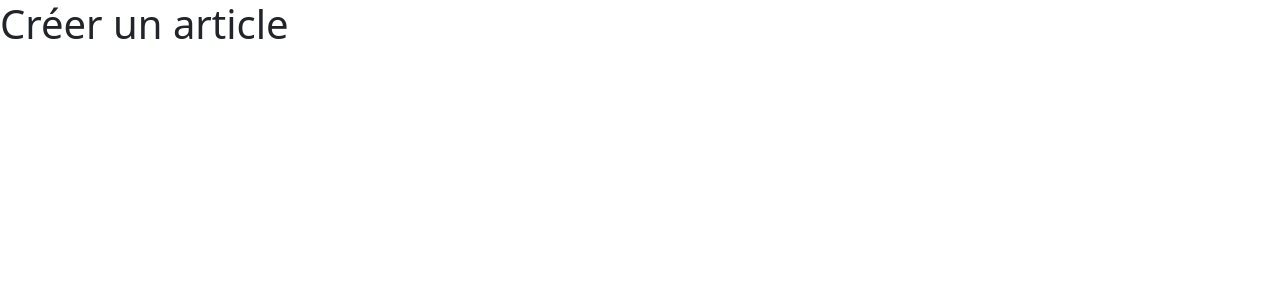
Repository: QuentinFayt/NewsWeb
Page: sources/adminNewsWeb/createArticle.html
These files come from the project's save history. The page is drawn as it stood at one moment and after the next save; the edit follows.
The browser window is 1280 px wide. The pictures show the whole page.

Above is the page before, as saved 2021-12-23 10:49:27.

After the next save:
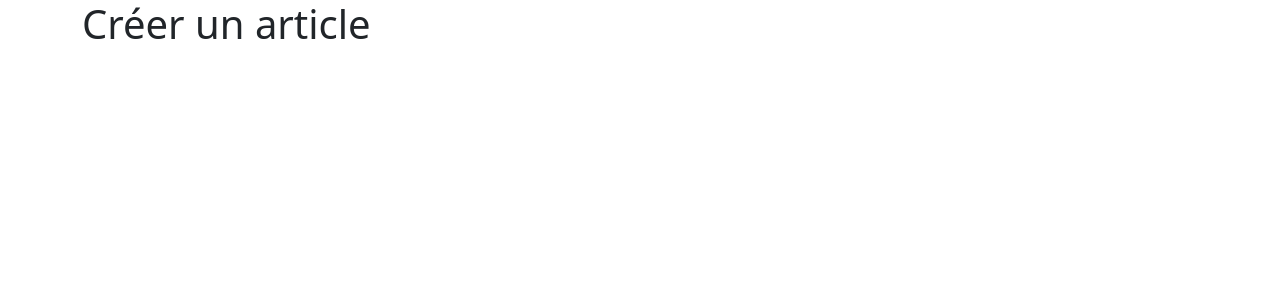
Saved 39 s later.
--- a/sources/adminNewsWeb/createArticle.html
+++ b/sources/adminNewsWeb/createArticle.html
@@ -13,10 +13,11 @@
 </head>
 
 <body>
-    <h1>Créer un article</h1>
+    <main class="container">
+
+        <h1>Créer un article</h1>
+    </main>
     <script src="https://cdn.jsdelivr.net/npm/bootstrap@5.1.3/dist/js/bootstrap.bundle.min.js" integrity="sha384-ka7Sk0Gln4gmtz2MlQnikT1wXgYsOg+OMhuP+IlRH9sENBO0LRn5q+8nbTov4+1p" crossorigin="anonymous"></script>
-
-
 </body>
 
 </html>
